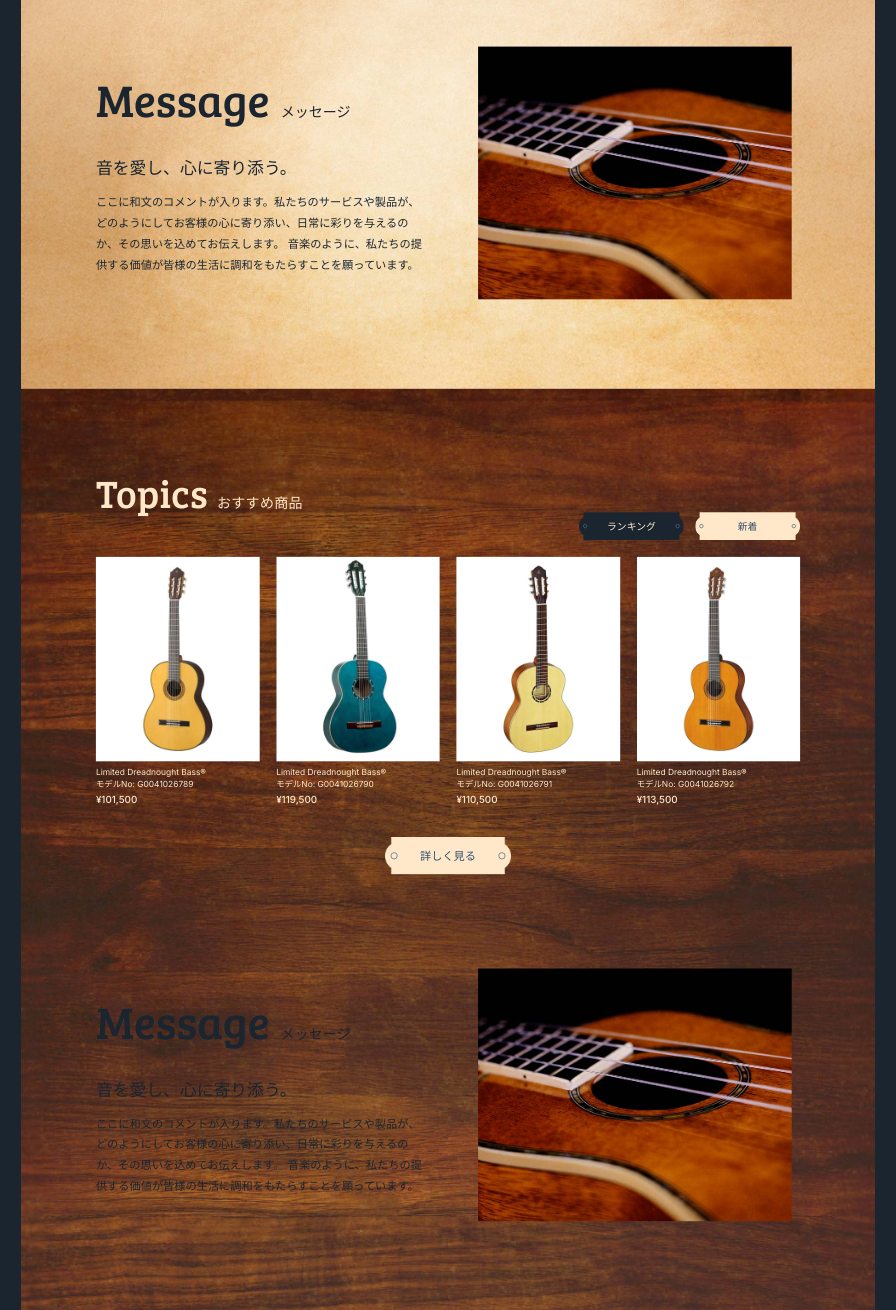
Repository: hyms035k/-----
Page: index.html
An editor plug-in stored every save of this project. The page is shown before and after the next save, followed by the edit.
The browser window is 1280 px wide. The pictures show the part of the page from y = 782 to 2702 px (the page is 2654 px tall before and 2702 px after), at 70% of full size.
Some web fonts or font styles are not loaded; a fallback is used. Some web libraries are served in a nearby version. The style sheet was rebuilt from its Sass, Less or Tailwind sources for each picture, by a compiler version that may differ from the author's.

Above is the page before, as saved 2025-06-05 11:31:21.

After the next save:
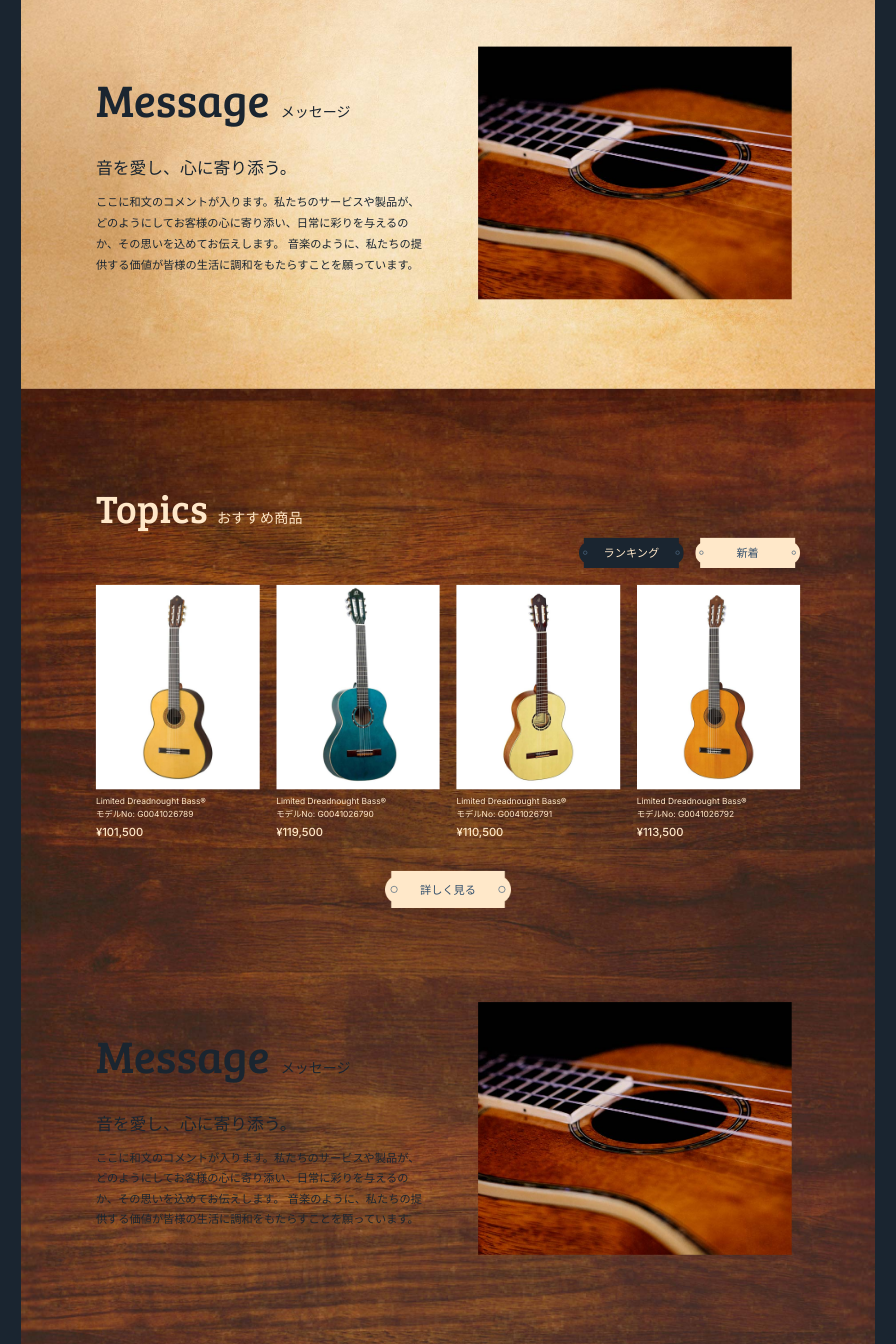
Saved 16 s later.
--- a/index.html
+++ b/index.html
@@ -74,9 +74,11 @@
                         '2xl': '1170px',
                     },
                 },
+                fontSize: {
+                    base: '16px'
+                },
                 extend: {
                     fontSize: {
-                        base: '16px',
                         '1xs': '0.875rem',
                         '2xs': '0.75rem',
                         '3xs': '0.625rem'

After the 3 saves that followed:
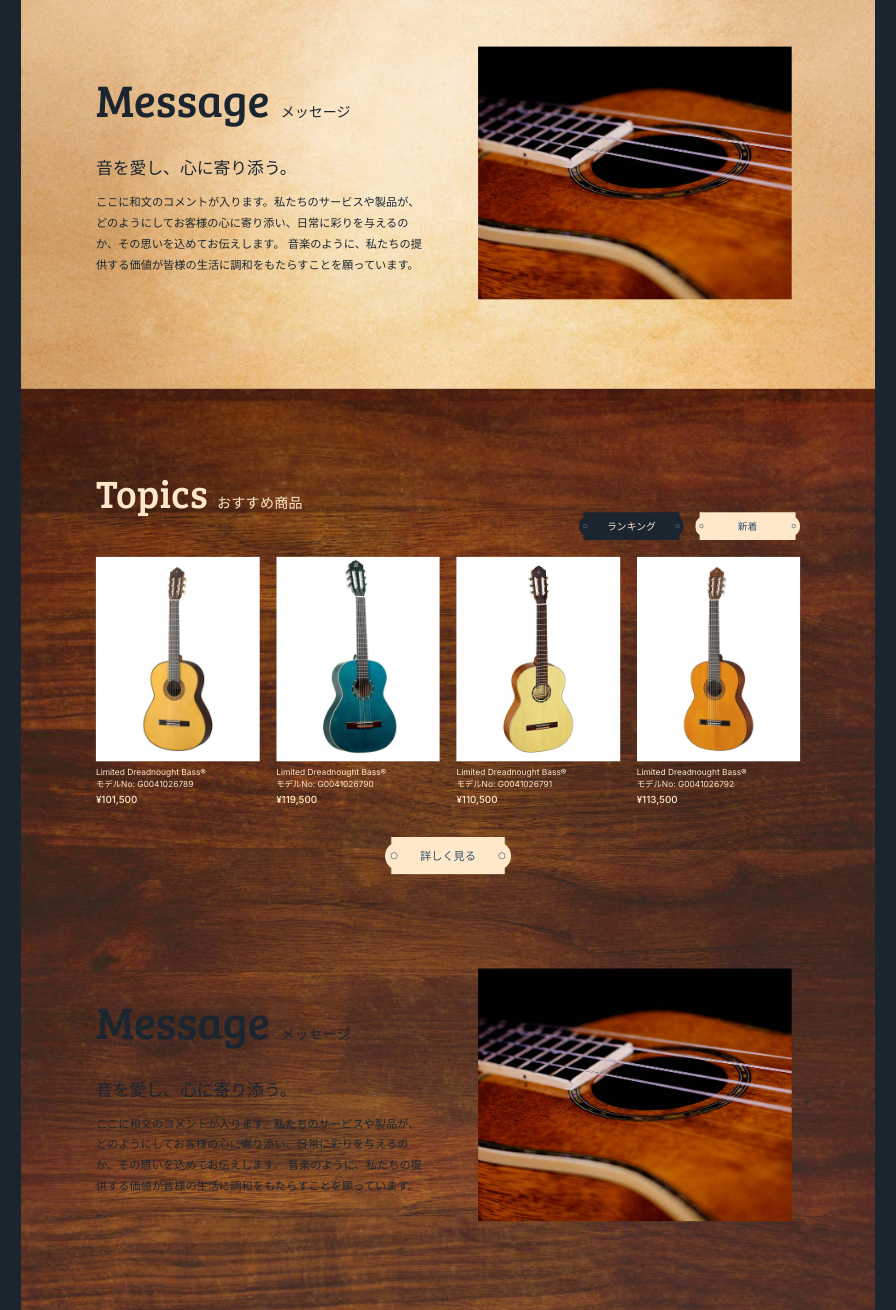
The 3 saves are shown as one change because 2 left the picture as it was.
The last was saved 3 min 5 s later.
--- a/index.html
+++ b/index.html
@@ -74,20 +74,18 @@
                         '2xl': '1170px',
                     },
                 },
-                fontSize: {
-                    base: '16px'
-                },
                 extend: {
-                    fontSize: {
-                        '1xs': '0.875rem',
-                        '2xs': '0.75rem',
-                        '3xs': '0.625rem'
-                    },
                     fontFamily: {
                         // デフォルトのサンセリフフォントを Kiwi Maru に設定
                         sans: ['Kiwi Maru', 'Inter', 'sans-serif'],
                         // 見出し等で使用するセリフフォントとして Bree Serif を設定
                         serif: ['Bree Serif', 'serif'],
+                    },
+                    fontSize: {
+                        'base': '16px',
+                        '1xs': '0.875rem',
+                        '2xs': '0.75rem',
+                        '3xs': '0.625rem'
                     },
                 }
             }
